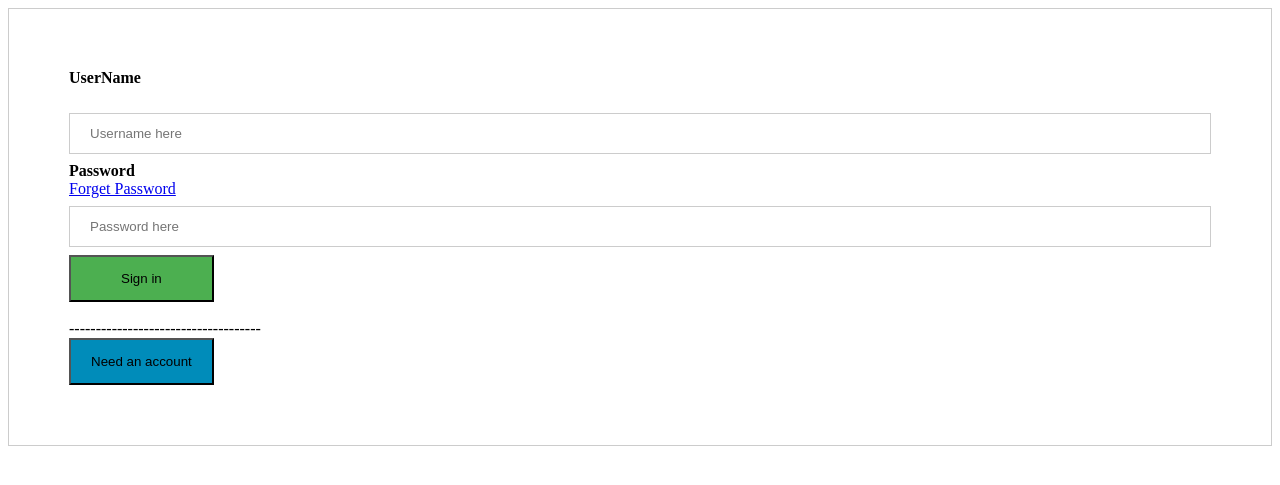
Repository: hamshini/demopro
Page: wippro/Application/WebContent/signin.html
These files come from the project's save history. The page is drawn as it stood at one moment and after the next save; the edit follows.
The browser window is 1280 px wide. The pictures show the whole page.

Above is the page before, as saved 2018-01-06 06:10:29.

### wippro/Application/WebContent/signin.html
<!DOCTYPE html>
<html>
<head>
<meta charset="ISO-8859-1">
<title>SignIn</title>
</head>
<style>
input[type=text], input[type=password] {
    width: 100%;
    padding: 12px 20px;
    margin: 8px 0;
    display: inline-block;
    border: 1px solid #ccc;
    box-sizing: border-box;
}

.needacc {
	padding: 14px 20px;
	background-color: #008CBA;
}
.container {
    padding: 60px;
}

.signinbtn {
	padding: 14px 50px;
	background-color: #4CAF50;
}
</style>
<body>
	<form action="/action_page.php" style="border:1px solid #ccc">
	 <div class="container">
		<div class="form-group">
			<label><b>UserName</b></label><br>
			<br>
			<input type="text"
				placeholder="Username here" class="form-control" name="user"
				required><br>

				 <label><b>Password</b></label> <br>
				 <a href="forgetpass.html">Forget Password</a>
				<br>
			<input type="password" placeholder="Password here" class="form-control"
				name="pwd" required> <br>
		</div>
		<div class="clearfix">
			<button type="button" class="signinbtn">Sign in</button>

		</div>
		<br>------------------------------------</br>
		<div class="clearfix">
			<button type="button" class="needacc">Need an account</button>

		</div>
		</div>
	</form>
</body>
</html>

After the next save:
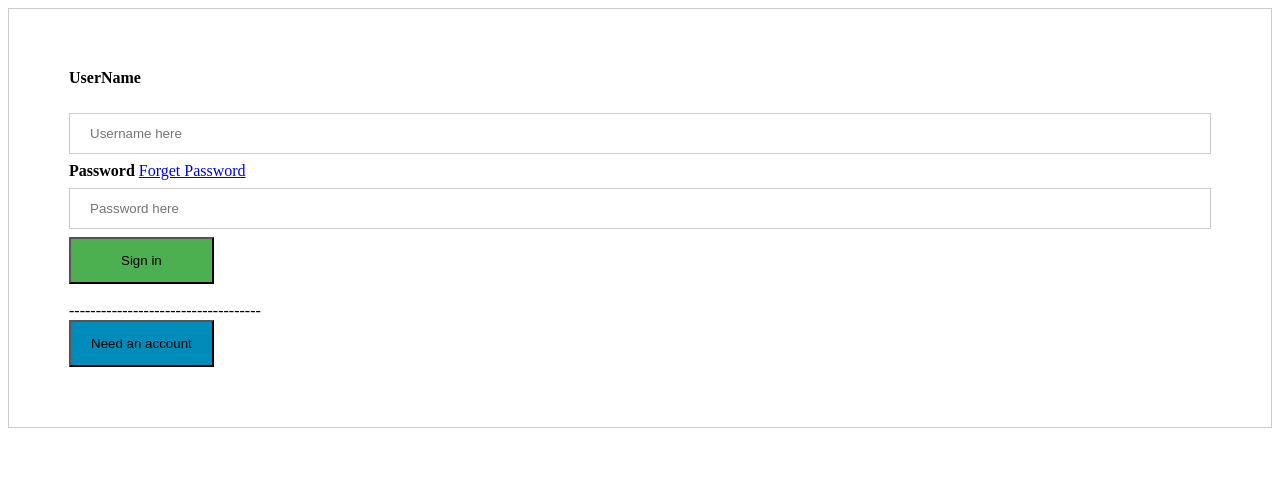
Saved 10 s later.
--- a/wippro/Application/WebContent/signin.html
+++ b/wippro/Application/WebContent/signin.html
@@ -37,7 +37,7 @@ input[type=text], input[type=password] {
 				placeholder="Username here" class="form-control" name="user"
 				required><br>
 
-				 <label><b>Password</b></label> <br>
+				 <label><b>Password</b></label>
 				 <a href="forgetpass.html">Forget Password</a>
 				<br>
 			<input type="password" placeholder="Password here" class="form-control"
